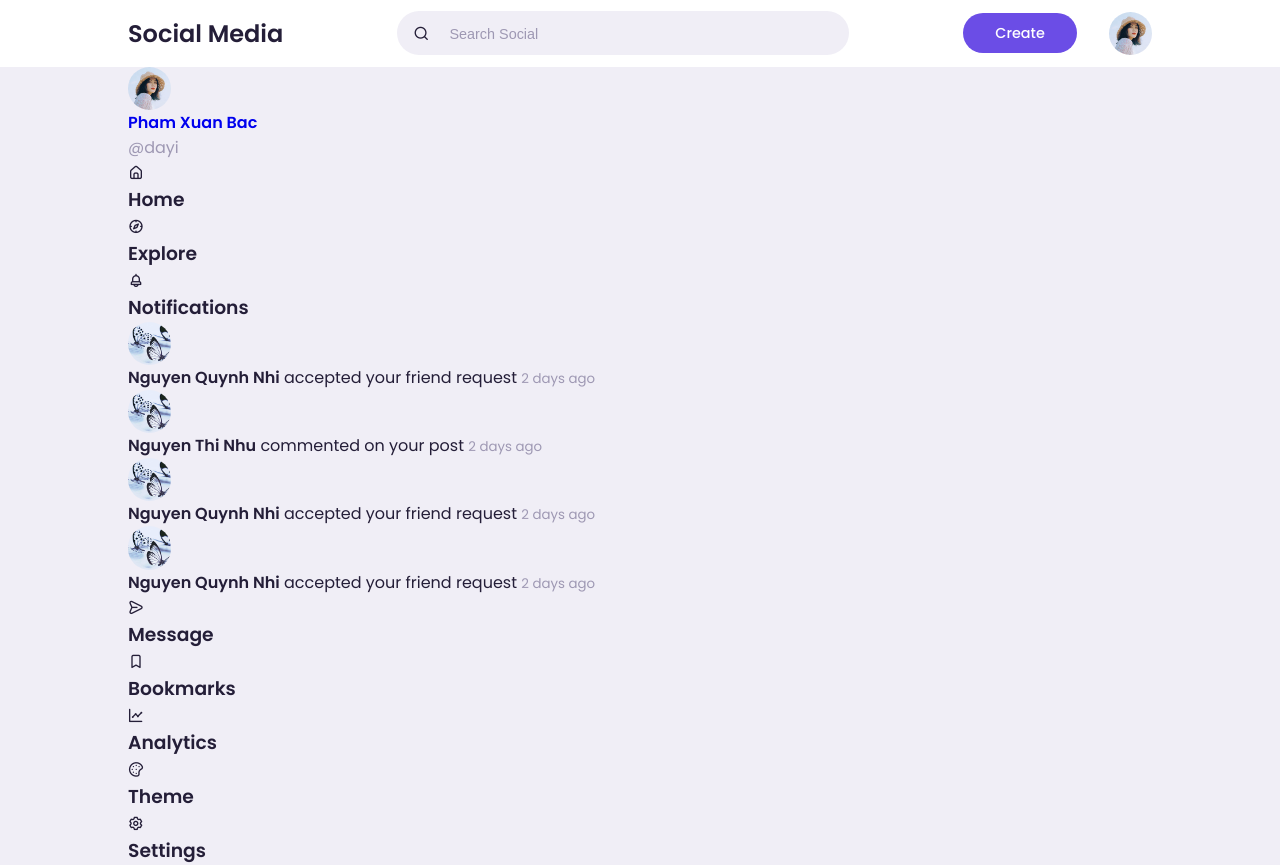
Repository: northpx/socialMedia
Page: index.html
An editor plug-in stored every save of this project. The page is shown before and after the next save, followed by the edit.
The browser window is 1280 px wide. The pictures show the whole page.

Above is the page before, as saved 2023-03-07 17:08:05.

After the next save:
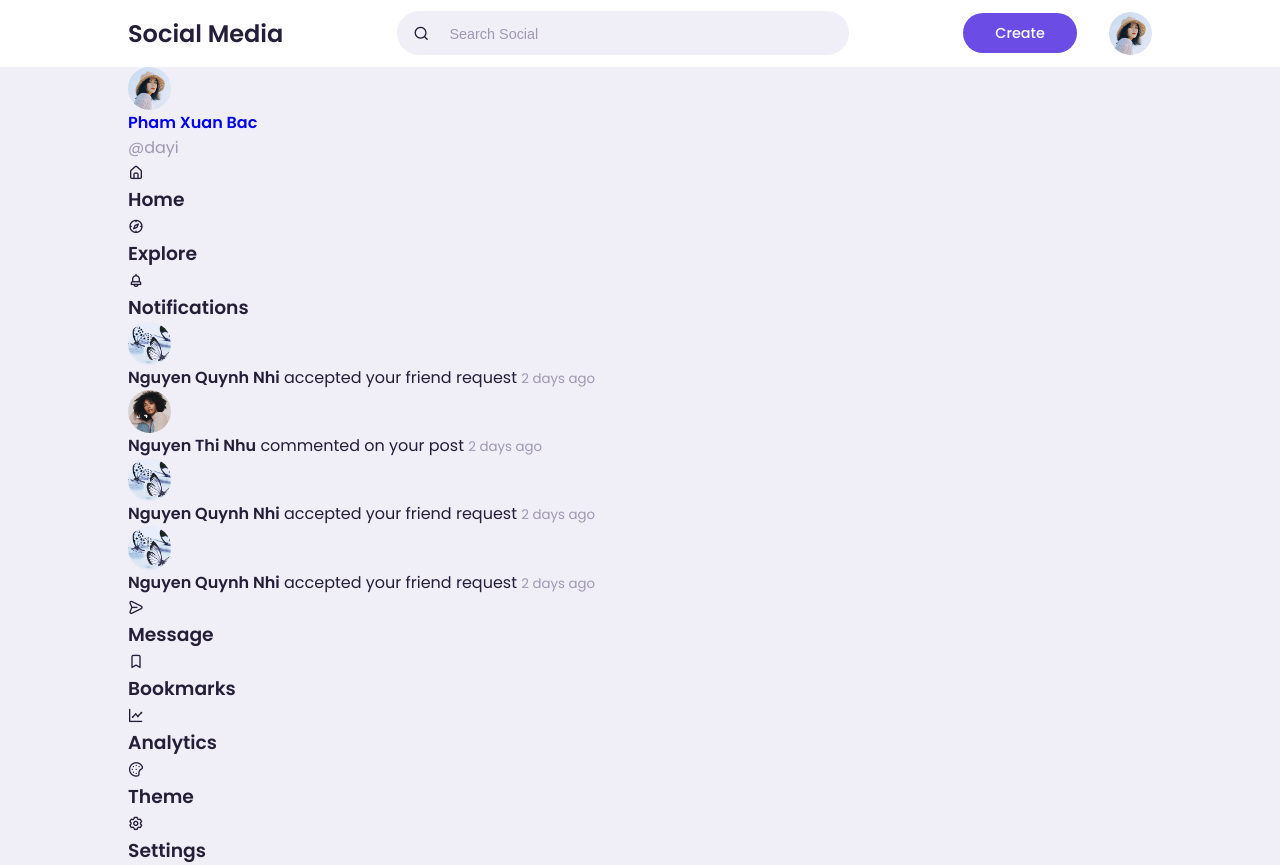
Saved 20 s later.
--- a/index.html
+++ b/index.html
@@ -65,7 +65,7 @@
                             </div>
                             <div>
                                 <div class="profile-picture">
-                                    <img src="./images/profile-2.jpg" alt="">
+                                    <img src="./images/profile-3.jpg" alt="">
                                 </div>
                                 <div class="notification-body">
                                     <b>Nguyen Thi Nhu</b> commented on your post
